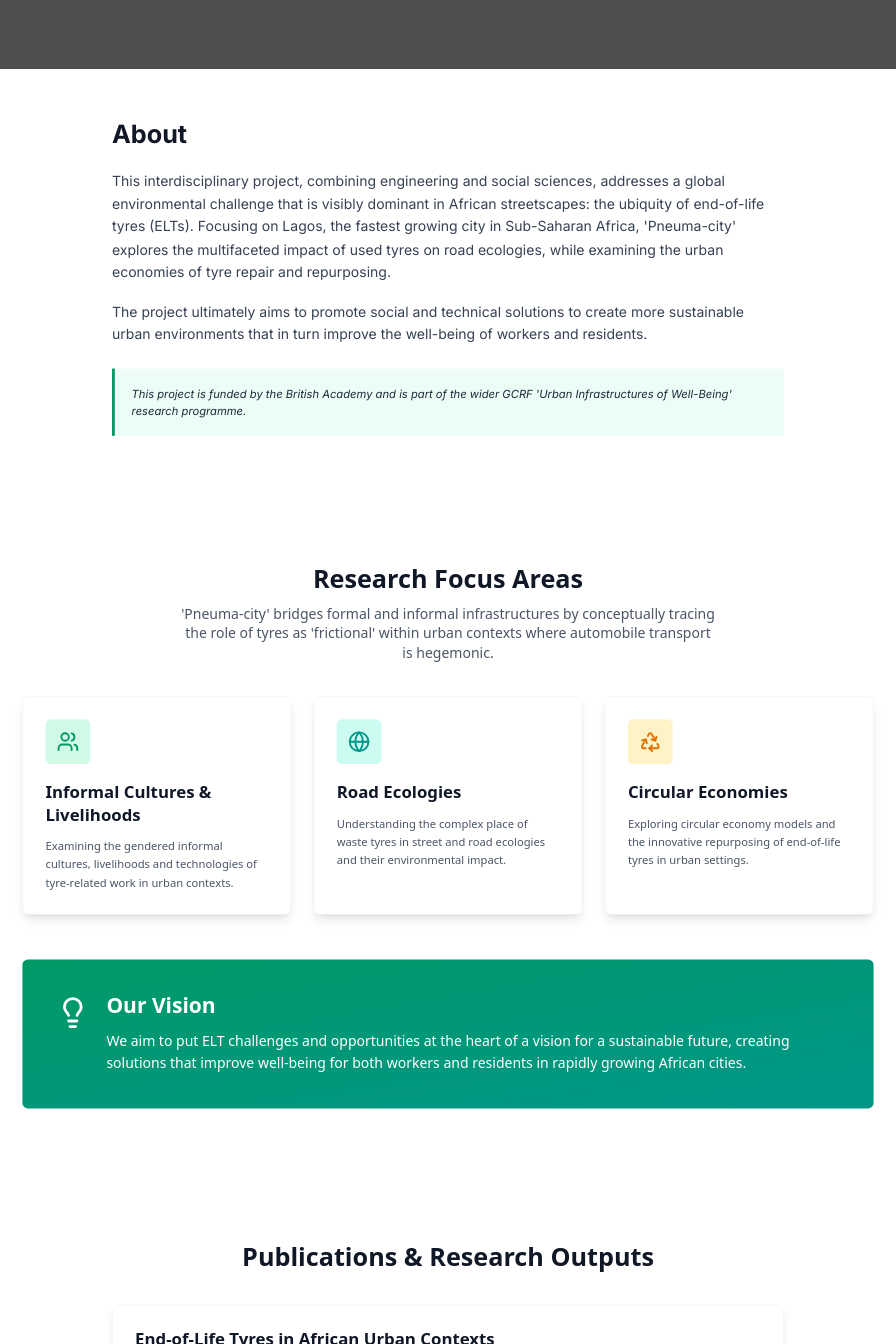
Repository: tiossdav/codesria
Page: /
The author's editor kept a copy of each file at every save. The page is drawn from the files as they stood at one save, then again after the next save.
The browser window is 1280 px wide. The pictures show the part of the page from y = 701 to 2621 px (the page is 5251 px tall before and 5218 px after), at 70% of full size.
Pictures or frames that could not be fetched are drawn as grey boxes. The project was rebuilt for these pictures with package versions that can differ from the ones it lists, and the page was loaded fresh each time. Also part of the build but not shown: vite.config.ts.

Above is the page before, as saved 2025-11-19 16:55:28.

### index.html
<!DOCTYPE html>
<html lang="en">
  <head>
    <meta charset="UTF-8" />
    <link rel="icon" type="image/svg+xml" href="/vite.svg" />
    <link href="/src/App.css" rel="stylesheet" />
    <link rel="preconnect" href="https://fonts.googleapis.com" />
    <link rel="preconnect" href="https://fonts.gstatic.com" crossorigin />
    <link
      href="https://fonts.googleapis.com/css2?family=Caveat:wght@400..700&family=Inter:ital,opsz,wght@0,14..32,100..900;1,14..32,100..900&family=Lobster&family=Raleway:ital,wght@0,100..900;1,100..900&display=swap"
      rel="stylesheet"
    />
    <meta name="viewport" content="width=device-width, initial-scale=1.0" />
    <title>codesria</title>
  </head>
  <body>
    <div id="root"></div>
    <script type="module" src="/src/main.tsx"></script>
  </body>
</html>

### src/App.css
@import "tailwindcss";

@theme {
  --font-inter: "Inter", sans-serif;
  --font-caveat: "Caveat", cursive;
  --font-lobster: "Lobster", cursive;
  --font-raleway: "Raleway", sans-serif;
}

### src/App.tsx
import { Route, Switch } from "wouter";
import Header from "./components/layout/Header";
import Footer from "./components/layout/Footer";
import Home from "./pages/Home";
import About from "./pages/About";
import Research from "./pages/Research";
import Team from "./pages/Team";
import Publications from "./pages/Publications";
import Contact from "./pages/Contact";

export default function App() {
  return (
    <div className="min-h-screen bg-white flex flex-col">
      <Header />

      <div className="flex-1">
        <Switch>
          <Route path="/" component={Home} />
          <Route path="/obj" component={About} />
          <Route path="/research" component={Research} />
          <Route path="/team" component={Team} />
          <Route path="/publications" component={Publications} />
          <Route path="/contact" component={Contact} />

          {/* 404 Route */}
          <Route>
            <div className="min-h-screen flex items-center justify-center">
              <div className="text-center">
                <h1 className="text-4xl font-bold text-gray-900 mb-4">404</h1>
                <p className="text-gray-600">Page not found</p>
              </div>
            </div>
          </Route>
        </Switch>
      </div>

      <Footer />
    </div>
  );
}

### src/components/layout/Header.tsx
import { Link, useLocation } from "wouter";

type NavLink = {
  title: string;
  href: string;
  submenu?: NavLink[];
};

const navlinks: NavLink[] = [
  { title: "Home", href: "/" },
  { title: "Aim & Objectives", href: "/obj" },
  { title: "Research", href: "/research" },
  { title: "Team", href: "/team" },
  { title: "Publications", href: "/publications" },
  { title: "Contact", href: "/contact" },
];

function Header() {
  const [location] = useLocation();

  return (
    <nav className="bg-white shadow-sm fixed w-full top-0 z-50 border-b border-gray-200">
      <div className="max-w-7xl mx-auto px-4 sm:px-6 lg:px-8">
        <div className="flex justify-between items-center h-20">
          <div className="flex items-center">
            <Link href="/">
              <span className="ml-3 font-caveat text-3xl text-gray-900 font-bold cursor-pointer transition-colors">
                JustEnergyAfrica
              </span>
            </Link>
          </div>
          <div className="flex items-center space-x-8">
            {navlinks.map((nav, index) => (
              <Link
                key={index}
                href={nav.href}
                className={`text-[16px] font-medium transition-colors ${
                  location === nav.href
                    ? "text-slate-900"
                    : "text-slate-600 hover:text-slate-900"
                }`}
              >
                {nav.title}
              </Link>
            ))}
          </div>
        </div>
      </div>
    </nav>
  );
}

export default Header;

### src/components/layout/Footer.tsx
function Footer() {
  return (
    <footer className="bg-gray-900 text-white py-12 mt-20">
      <div className="max-w-7xl mx-auto px-4 sm:px-6 lg:px-8">
        <div className="text-center mb-6">
          <p className="text-gray-300 mb-2">Funded by the British Academy</p>
          <p className="text-gray-400 text-sm">
            Part of the GCRF 'Urban Infrastructures of Well-Being' research
            programme
          </p>
        </div>
        <div className="text-center pt-6 border-t border-gray-700">
          <p className="text-gray-400">
            © 2024 Pneuma-City Research Project. All rights reserved.
          </p>
        </div>
      </div>
    </footer>
  );
}

export default Footer;

### src/pages/Home.tsx
import { useLocation } from "wouter";
import power from "../assets/power.jpg";
import About from "./About";
import Research from "./Research";
import Publications from "./Publications";
import Team from "./Team";
import Contact from "./Contact";

export default function Home() {
  const [, setLocation] = useLocation();

  return (
    <>
      {/* Hero Section */}
      <div className="relative h-screen mt-20 font-inter">
        <div className="absolute inset-0">
          <img
            src={power}
            alt="Urban African street"
            className="w-full h-full object-cover"
          />
          <div className="absolute inset-0 bg-black opacity-50"></div>
        </div>

        <div className="relative h-full flex items-center px-4">
          <div className="max-w-7xl mx-auto w-full">
            <div className="max-w-3xl">
              <h1 className="text-4xl md:text-5xl font-bold text-white mb-6 leading-tight">
                Hydro-Power S(hr)inking State: Renewable energy in Lake Chad
              </h1>
              <p className="text-xl md:text-2xl text-gray-100 mb-8 leading-relaxed">
                This research explores Lake Chad’s environmental crisis,
                analyzing hydropower, urban adaptation, gender equity, and just
                transition through comparative, mixed-method studies across Chad
                and Nigeria to inform inclusive, sustainable governance and
                development.
              </p>
              <div className="flex flex-col sm:flex-row gap-4">
                <button
                  onClick={() => setLocation("/obj")}
                  className="bg-emerald-600 hover:bg-emerald-700 text-white px-8 py-4 rounded-md font-semibold text-lg transition-colors"
                >
                  Learn More
                </button>
                <button
                  onClick={() => setLocation("/research")}
                  className="bg-white/10 backdrop-blur-sm hover:bg-white/20 border-2 border-white text-white px-8 py-4 rounded-md font-semibold text-lg transition-all"
                >
                  Our Research
                </button>
              </div>
            </div>
          </div>
        </div>
      </div>

      {/* All Sections Below Hero */}
      <About />
      <Research />
      <Publications />
      <Team />
      <Contact />
    </>
  );
}

### src/pages/About.tsx
function About() {
  return (
    <div className="max-w-5xl mx-auto mt-8 px-4 sm:px-6 lg:px-8 py-10 font-inter">
      <h2 className="text-4xl font-bold text-gray-900 mb-8">About</h2>
      <div className="prose prose-lg max-w-none">
        <p className="text-xl text-gray-700 leading-relaxed mb-6">
          This interdisciplinary project, combining engineering and social
          sciences, addresses a global environmental challenge that is visibly
          dominant in African streetscapes: the ubiquity of end-of-life tyres
          (ELTs). Focusing on Lagos, the fastest growing city in Sub-Saharan
          Africa, 'Pneuma-city' explores the multifaceted impact of used tyres
          on road ecologies, while examining the urban economies of tyre repair
          and repurposing.
        </p>
        <p className="text-xl text-gray-700 leading-relaxed mb-8">
          The project ultimately aims to promote social and technical solutions
          to create more sustainable urban environments that in turn improve the
          well-being of workers and residents.
        </p>

        <div className="bg-emerald-50 border-l-4 border-emerald-600 p-6 my-8">
          <p className="text-gray-800 italic">
            This project is funded by the British Academy and is part of the
            wider GCRF 'Urban Infrastructures of Well-Being' research programme.
          </p>
        </div>
      </div>
    </div>
  );
}

export default About;

### src/pages/Research.tsx
import { Globe, Lightbulb, Recycle, Users } from "lucide-react";

function Research() {
  return (
    <div className="max-w-7xl mx-auto mt-8 px-4 sm:px-6 lg:px-8 py-20">
      <h2 className="text-4xl font-bold text-gray-900 mb-4 text-center">
        Research Focus Areas
      </h2>
      <p className="text-xl text-gray-600 mb-12 text-center max-w-3xl mx-auto">
        'Pneuma-city' bridges formal and informal infrastructures by
        conceptually tracing the role of tyres as 'frictional' within urban
        contexts where automobile transport is hegemonic.
      </p>

      <div className="grid md:grid-cols-3 gap-8 mb-16">
        <div className="bg-white p-8 rounded-lg shadow-lg border border-gray-100 hover:shadow-xl transition-shadow">
          <div className="bg-emerald-100 w-16 h-16 rounded-lg flex items-center justify-center mb-6">
            <Users className="h-8 w-8 text-emerald-600" />
          </div>
          <h3 className="text-2xl font-bold text-gray-900 mb-4">
            Informal Cultures & Livelihoods
          </h3>
          <p className="text-gray-600 leading-relaxed">
            Examining the gendered informal cultures, livelihoods and
            technologies of tyre-related work in urban contexts.
          </p>
        </div>

        <div className="bg-white p-8 rounded-lg shadow-lg border border-gray-100 hover:shadow-xl transition-shadow">
          <div className="bg-teal-100 w-16 h-16 rounded-lg flex items-center justify-center mb-6">
            <Globe className="h-8 w-8 text-teal-600" />
          </div>
          <h3 className="text-2xl font-bold text-gray-900 mb-4">
            Road Ecologies
          </h3>
          <p className="text-gray-600 leading-relaxed">
            Understanding the complex place of waste tyres in street and road
            ecologies and their environmental impact.
          </p>
        </div>

        <div className="bg-white p-8 rounded-lg shadow-lg border border-gray-100 hover:shadow-xl transition-shadow">
          <div className="bg-amber-100 w-16 h-16 rounded-lg flex items-center justify-center mb-6">
            <Recycle className="h-8 w-8 text-amber-600" />
          </div>
          <h3 className="text-2xl font-bold text-gray-900 mb-4">
            Circular Economies
          </h3>
          <p className="text-gray-600 leading-relaxed">
            Exploring circular economy models and the innovative repurposing of
            end-of-life tyres in urban settings.
          </p>
        </div>
      </div>

      <div className="bg-linear-to-br from-emerald-600 to-teal-600 rounded-lg p-12 text-white">
        <div className="flex items-start">
          <Lightbulb className="h-12 w-12 mr-6 shrink-0 mt-1" />
          <div>
            <h3 className="text-3xl font-bold mb-4">Our Vision</h3>
            <p className="text-xl leading-relaxed">
              We aim to put ELT challenges and opportunities at the heart of a
              vision for a sustainable future, creating solutions that improve
              well-being for both workers and residents in rapidly growing
              African cities.
            </p>
          </div>
        </div>
      </div>
    </div>
  );
}

export default Research;

### src/pages/Team.tsx
const teamMembers = [
  {
    name: "Dr. Sarah Chen",
    role: "Principal Investigator",
    image:
      "https://images.unsplash.com/photo-1573496359142-b8d87734a5a2?w=400&h=400&fit=crop",
    bio: "Expert in sustainable urban development and environmental engineering",
  },
  {
    name: "Dr. Marcus Johnson",
    role: "Co-Investigator",
    image:
      "https://images.unsplash.com/photo-1560250097-0b93528c311a?w=400&h=400&fit=crop",
    bio: "Specializes in social sciences and informal economies research",
  },
  {
    name: "Dr. Aisha Patel",
    role: "Research Fellow",
    image:
      "https://images.unsplash.com/photo-1580489944761-15a19d654956?w=400&h=400&fit=crop",
    bio: "Focus on gender studies and urban livelihoods",
  },
  {
    name: "Alex Rivera",
    role: "Research Assistant",
    image:
      "https://images.unsplash.com/photo-1519345182560-3f2917c472ef?w=400&h=400&fit=crop",
    bio: "Researching circular economy models and waste management systems",
  },
];

function Team() {
  return (
    <div className="max-w-7xl mx-auto mt-8 px-4 sm:px-6 lg:px-8 py-20">
      <h2 className="text-4xl font-bold text-gray-900 mb-4 text-center">
        Meet Our Team
      </h2>
      <p className="text-xl text-gray-600 mb-12 text-center max-w-3xl mx-auto">
        Our interdisciplinary team combines expertise from engineering, social
        sciences, gender studies, and environmental sustainability
      </p>
      <div className="grid md:grid-cols-2 lg:grid-cols-4 gap-8">
        {teamMembers.map((member, index) => (
          <div
            key={index}
            className="bg-white rounded-lg shadow-lg overflow-hidden border border-gray-100 hover:shadow-xl transition-shadow"
          >
            <img
              src={member.image}
              alt={member.name}
              className="w-full h-64 object-cover"
            />
            <div className="p-6">
              <h3 className="text-xl font-bold text-gray-900 mb-1">
                {member.name}
              </h3>
              <p className="text-emerald-600 font-semibold mb-3">
                {member.role}
              </p>
              <p className="text-gray-600 text-sm leading-relaxed">
                {member.bio}
              </p>
            </div>
          </div>
        ))}
      </div>
    </div>
  );
}

export default Team;

### src/pages/Publications.tsx
import { ExternalLink } from "lucide-react";

const publications = [
  {
    title: "End-of-Life Tyres in African Urban Contexts",
    authors: "Chen, S., Johnson, M., Patel, A.",
    journal: "Environmental Science & Policy",
    year: "2024",
    link: "#",
  },
  {
    title: "Gendered Informal Economies: Tyre Repair Work in Lagos",
    authors: "Patel, A., Johnson, M., Chen, S.",
    journal: "Urban Studies",
    year: "2024",
    link: "#",
  },
  {
    title: "Circular Economy Solutions for Urban Waste",
    authors: "Chen, S., Rivera, A.",
    journal: "Sustainability Journal",
    year: "2023",
    link: "#",
  },
];

function Publications() {
  return (
    <div className="max-w-5xl mx-auto mt-8 px-4 sm:px-6 lg:px-8 py-20">
      <h2 className="text-4xl font-bold text-gray-900 mb-12 text-center">
        Publications & Research Outputs
      </h2>
      <div className="space-y-6">
        {publications.map((pub, index) => (
          <div
            key={index}
            className="bg-white p-8 rounded-lg shadow-lg border border-gray-100 hover:shadow-xl transition-shadow"
          >
            <h3 className="text-2xl font-bold text-gray-900 mb-3">
              {pub.title}
            </h3>
            <p className="text-gray-600 mb-2">{pub.authors}</p>
            <p className="text-emerald-600 font-semibold mb-4">
              {pub.journal} ({pub.year})
            </p>
            <a
              href={pub.link}
              className="inline-flex items-center text-emerald-600 hover:text-emerald-700 font-medium"
            >
              Read Full Paper <ExternalLink className="ml-2 h-4 w-4" />
            </a>
          </div>
        ))}
      </div>
    </div>
  );
}

export default Publications;

### src/pages/Contact.tsx
import { Mail, Target } from "lucide-react";

function Contact() {
  return (
    <div className="max-w-3xl mx-auto mt-8 px-4 sm:px-6 lg:px-8 py-20">
      <h2 className="text-4xl font-bold text-gray-900 mb-4 text-center">
        Get Involved
      </h2>
      <p className="text-xl text-gray-600 mb-12 text-center">
        Interested in collaborating or learning more about our work? We welcome
        inquiries from researchers, practitioners, and community organizations.
      </p>
      <div className="bg-white p-10 rounded-lg shadow-lg border border-gray-100">
        <div className="space-y-8">
          <div className="flex items-start">
            <Mail className="h-6 w-6 text-emerald-600 mt-1 mr-4 shrink-0" />
            <div>
              <h3 className="font-bold text-gray-900 mb-2 text-lg">Email Us</h3>
              <p className="text-gray-600">contact@pneuma-city.org</p>
            </div>
          </div>

          <div className="flex items-start">
            <Target className="h-6 w-6 text-emerald-600 mt-1 mr-4 shrink-0" />
            <div>
              <h3 className="font-bold text-gray-900 mb-2 text-lg">
                Research Location
              </h3>
              <p className="text-gray-600">
                Lagos, Nigeria & Partner Institutions
              </p>
            </div>
          </div>

          <div className="pt-6 border-t border-gray-200">
            <h3 className="font-bold text-gray-900 mb-4 text-lg">
              Collaboration Opportunities
            </h3>
            <p className="text-gray-600 mb-6 leading-relaxed">
              We're open to partnerships with academic institutions, NGOs,
              government agencies, and community organizations working on
              sustainable urban development and circular economy initiatives.
            </p>
            <button className="w-full bg-emerald-600 hover:bg-emerald-700 text-white px-6 py-4 rounded-md font-semibold transition-colors">
              Send Inquiry
            </button>
          </div>
        </div>
      </div>
    </div>
  );
}

export default Contact;

Loaded but not shown: src/main.tsx (common file)

After the next save:
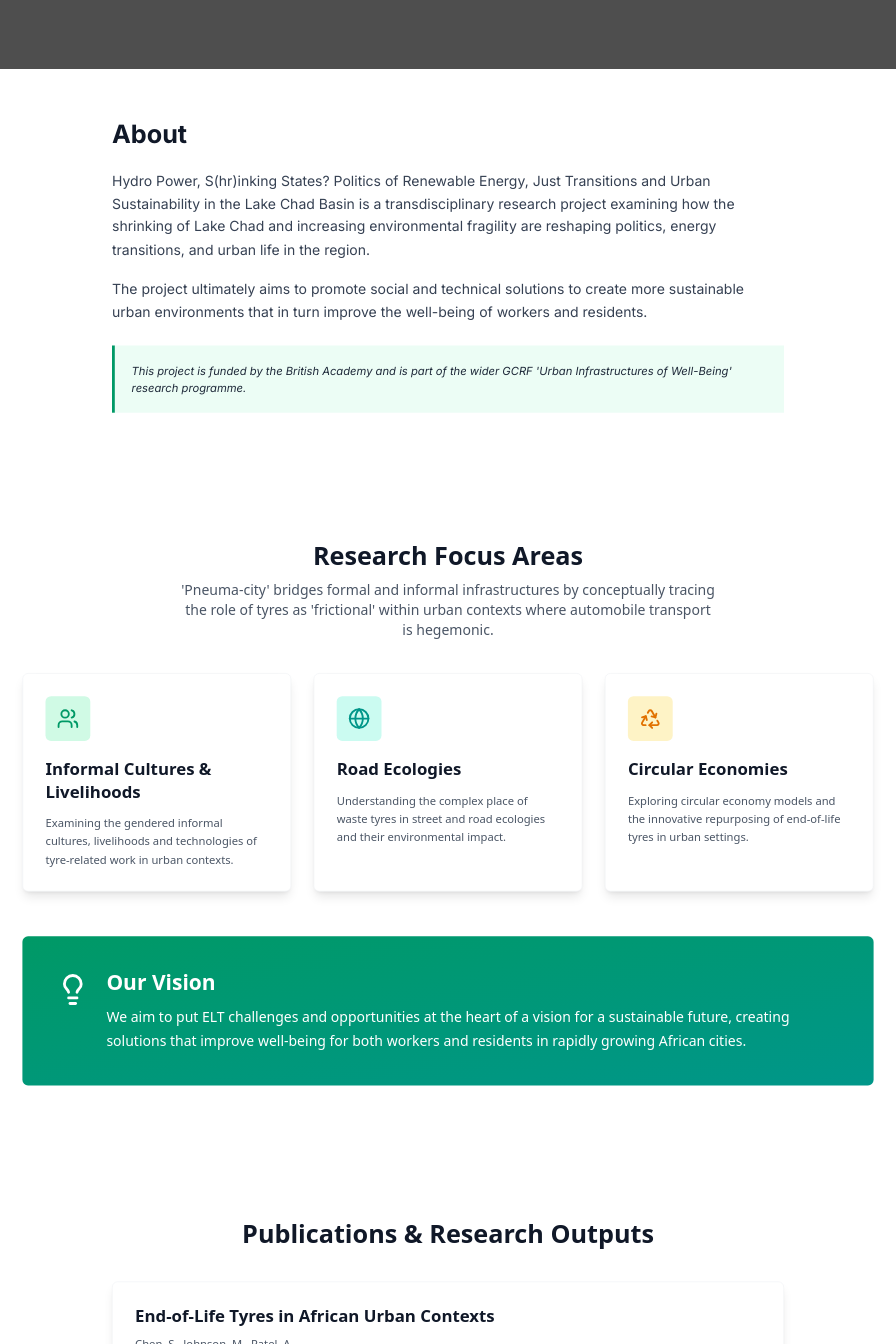
Saved 12 min 1 s later.
--- a/src/pages/About.tsx
+++ b/src/pages/About.tsx
@@ -4,13 +4,11 @@ function About() {
       <h2 className="text-4xl font-bold text-gray-900 mb-8">About</h2>
       <div className="prose prose-lg max-w-none">
         <p className="text-xl text-gray-700 leading-relaxed mb-6">
-          This interdisciplinary project, combining engineering and social
-          sciences, addresses a global environmental challenge that is visibly
-          dominant in African streetscapes: the ubiquity of end-of-life tyres
-          (ELTs). Focusing on Lagos, the fastest growing city in Sub-Saharan
-          Africa, 'Pneuma-city' explores the multifaceted impact of used tyres
-          on road ecologies, while examining the urban economies of tyre repair
-          and repurposing.
+          Hydro Power, S(hr)inking States? Politics of Renewable Energy, Just
+          Transitions and Urban Sustainability in the Lake Chad Basin is a
+          transdisciplinary research project examining how the shrinking of Lake
+          Chad and increasing environmental fragility are reshaping politics,
+          energy transitions, and urban life in the region.
         </p>
         <p className="text-xl text-gray-700 leading-relaxed mb-8">
           The project ultimately aims to promote social and technical solutions
